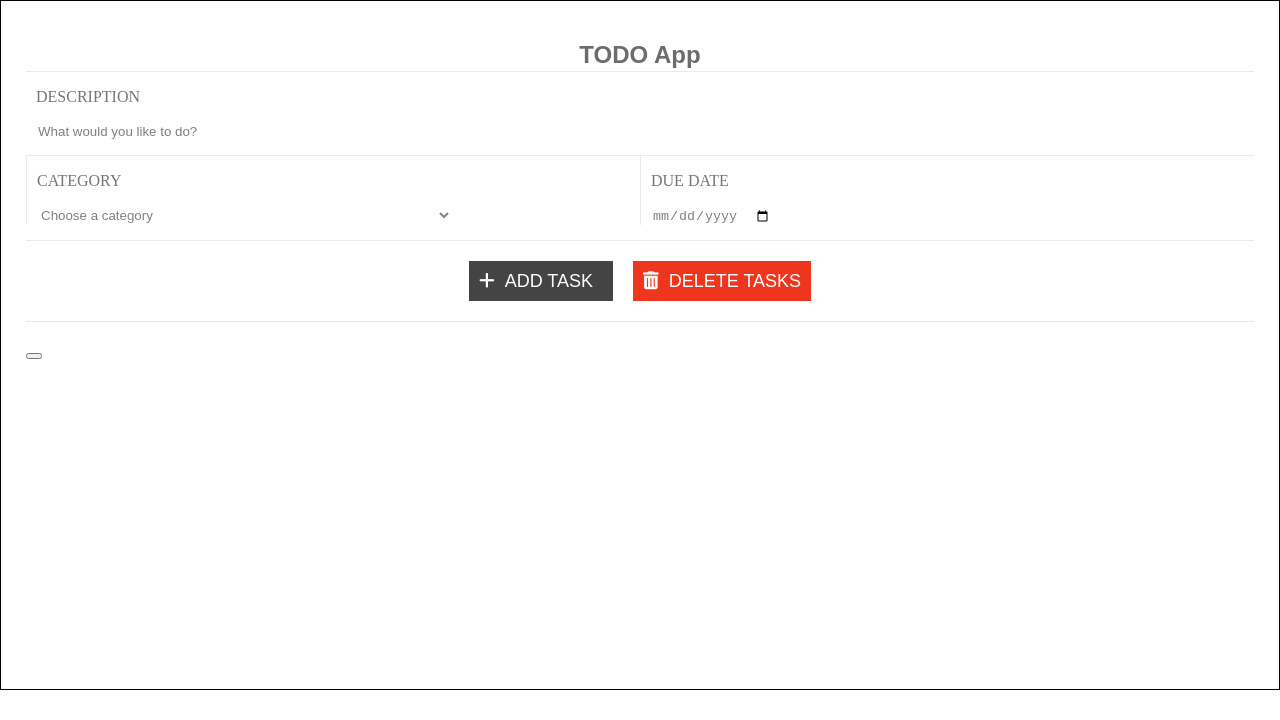
Repository: king-slayer97/TODO-App
Page: http://localhost/
An editor plug-in stored every save of this project. The page is shown before and after a run of saves, followed by the edit.
The browser window is 1280 px wide. The pictures show the whole page.
Some web libraries are served in a nearby version. The page is served by the project's Node server (index.js). Queries for data that is not in the repository find no rows.

Above is the page before, as saved 2022-08-16 18:32:56.

After the next 4 saves:
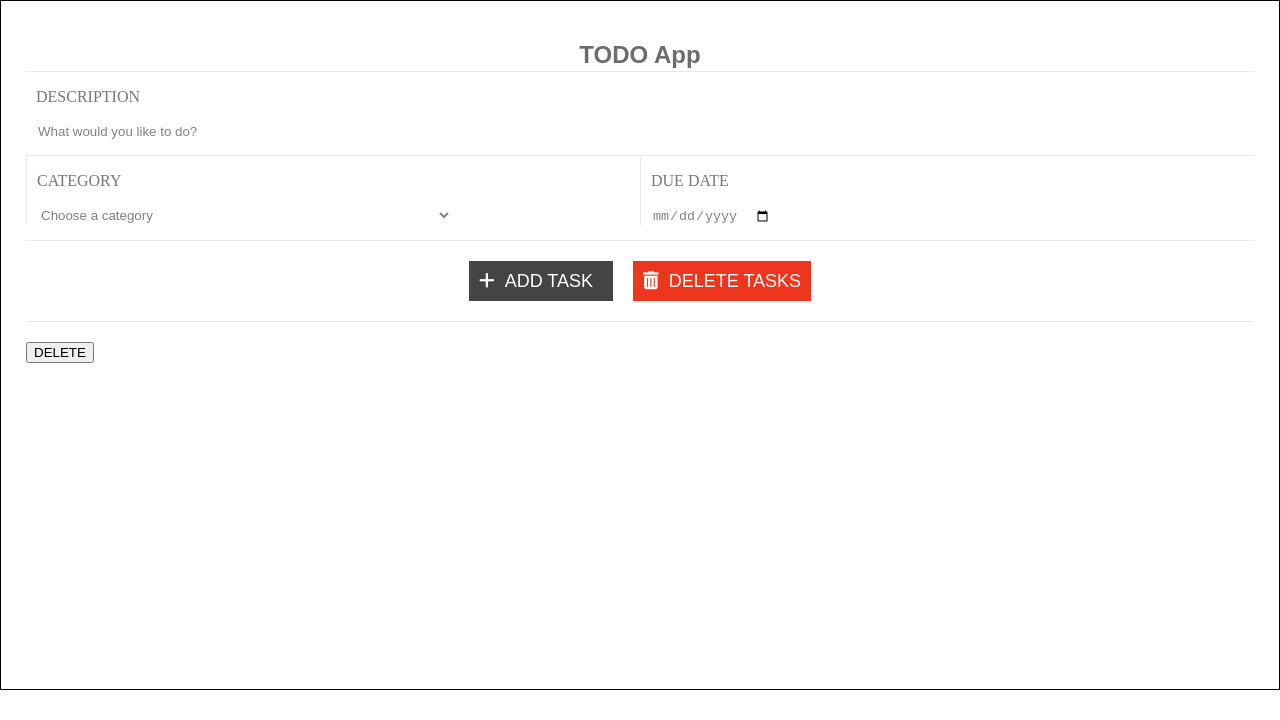
The 4 saves are shown as one change because they came seconds apart.
The last was saved 10 s later.
--- a/views/home.ejs
+++ b/views/home.ejs
@@ -63,7 +63,7 @@
                 </div>
                 <% } %>
             </div>
-            <button></button>
+            <button type="submit">DELETE</button>
         </form>
     </div>
 </body>
